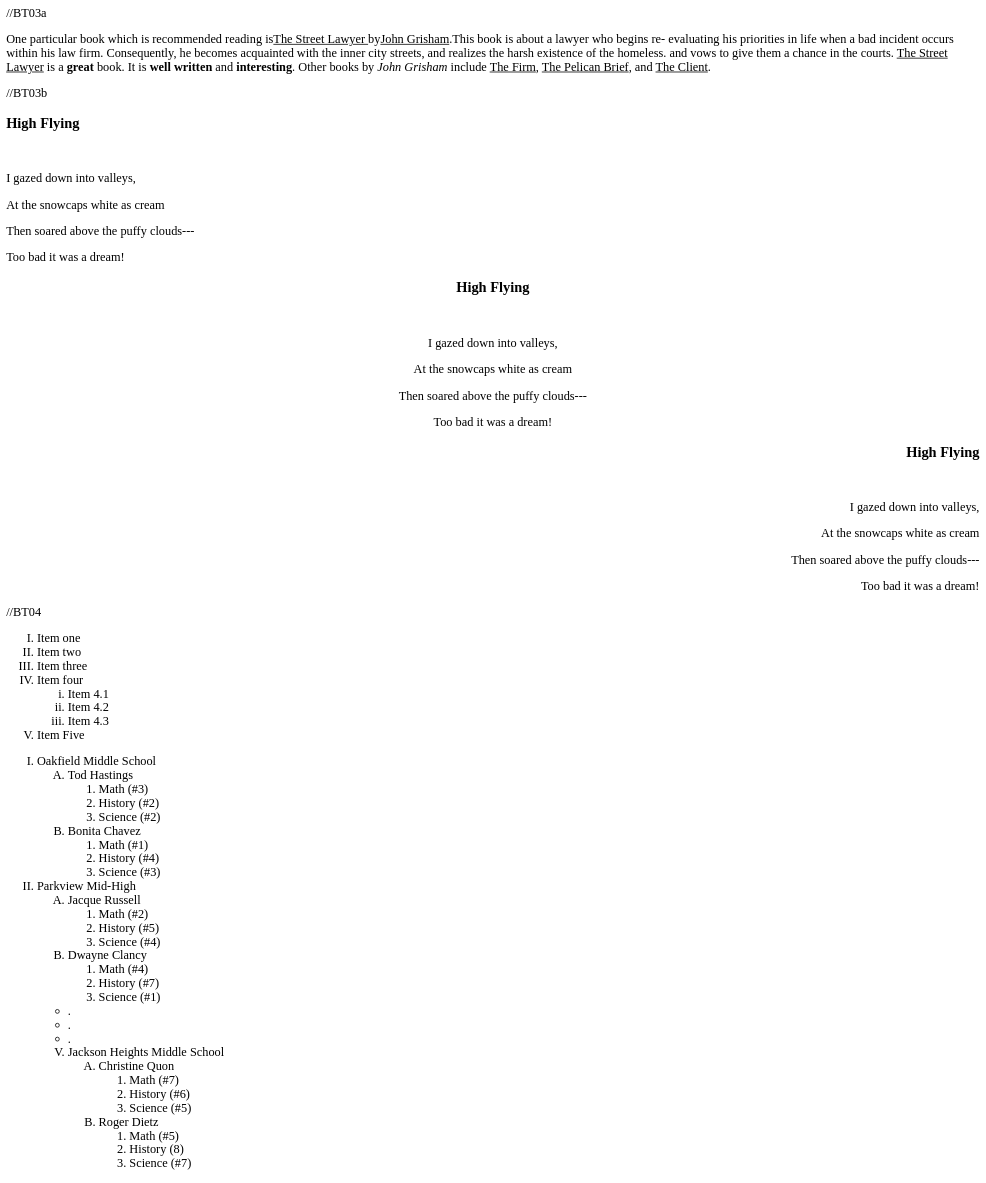
Repository: thu1365/TH_HTCNWEB
Page: HTML/Tuan01/BT.html
An editor plug-in stored every save of this project. The page is shown before and after the next save, followed by the edit.
The browser window is 1280 px wide. The pictures show the whole page, at 77% of full size.

Above is the page before, as saved 2023-02-20 22:37:01.

### HTML/Tuan01/BT.html
<!DOCTYPE html>
<html lang="en">
<head>
    <meta charset="UTF-8">
    <meta http-equiv="X-UA-Compatible" content="IE=edge">
    <meta name="viewport" content="width=device-width, initial-scale=1.0">
    <title>Document</title>
</head>

<body>
        //BT03a
        <p> One particular book which is recommended reading is<u>The Street Lawyer </u>by<u>John Grisham</u>.This book is about a lawyer who begins re- evaluating his priorities in life when a bad incident occurs within his law firm. Consequently, he becomes acquainted with the inner city streets, and realizes the harsh existence of the homeless. and vows to give them a chance in the courts. <u>The Street Lawyer</u> is a <b>great</b> book. It is <b>well written</b> and <b>interesting</b>. Other books by <i>John Grisham</i> include <u>The Firm</u>, <u>The Pelican Brief</u>, and <u>The
            Client</u>. </p>
        //BT03b
    <p>
        <h3> High Flying</h3>
        <img src="" alt=""/>
        <p>I gazed down into valleys,</p>
        <p>At the snowcaps white as cream</p>
        <p>Then soared above the puffy clouds---</p>
        <p>Too bad it was a dream!</p>
    </p>
    <center>
        <h3> High Flying</h3>
        <img src="" alt=""/>
        <p>I gazed down into valleys,</p>
        <p>At the snowcaps white as cream</p>
        <p>Then soared above the puffy clouds---</p>
        <p>Too bad it was a dream!</p>
    </center>
    <p>  <h3 align="right"> High Flying</h3>
        <img src="" alt=""/>
        <p align="right">I gazed down into valleys,</p>
        <p align="right">At the snowcaps white as cream</p>
        <p align="right">Then soared above the puffy clouds---</p>
        <p align="right">Too bad it was a dream!</p>
    </p>
    //BT04
    <ol type="I">
        <li>Item one</li>
        <li>Item two</li>
        <li>Item three</li>
        <li>Item four</li>
    <ol type="i">
        <li>Item 4.1</li>
        <li>Item 4.2</li>
        <li>Item 4.3</li>
    </ol>
        <li>Item Five</li>
    </ol>

    <ol type="I">
        <li> Oakfield Middle School</li>
            <ol type="A">
                <li>Tod Hastings</li>
                    <ol type="1">
                        <li>Math (#3)</li>
                        <li>History (#2)</li>
                        <li>Science (#2)</li>
        </ol>
                <li>Bonita Chavez</li>
                    <ol type="1">
                        <li>Math (#1)</li>
                        <li>History (#4)</li>
                        <li>Science (#3)</li>
        </ol>
        </ol>
        <li>Parkview Mid-High</li>
            <ol type="A">
                <li>Jacque Russell</li>
                    <ol type="1">
                        <li>Math (#2)</li>
                        <li>History (#5)</li>
                        <li>Science (#4)</li>
                    </ol>
                <li>Dwayne Clancy</li>
                    <ol type ="1">
                        <li>Math (#4)</li>
                        <li>History (#7)</li>
                        <li>Science (#1)</li>
                    </ol>
            </ol>
            <ul>
            <li>.</li>
            <li>.</li>
            <li>.</li>
            </ul>
<ol type="I" start="5">
        <li>Jackson Heights Middle School</li>
            <ol type="A">
                <li>Christine Quon</li>
                    <ol type="1">
                        <li>Math (#7)</li>
                        <li>History (#6)</li>
                        <li>Science (#5)</li>
                </ol>
                <li>Roger Dietz</li>
                    <ol type="1">
                        <li>Math (#5)</li>
                        <li>History (8)</li>
                        <li>Science (#7)</li>
                    </ol>
            </ol>
    </ol>
    </ol>
</body>
</html>

After the next save:
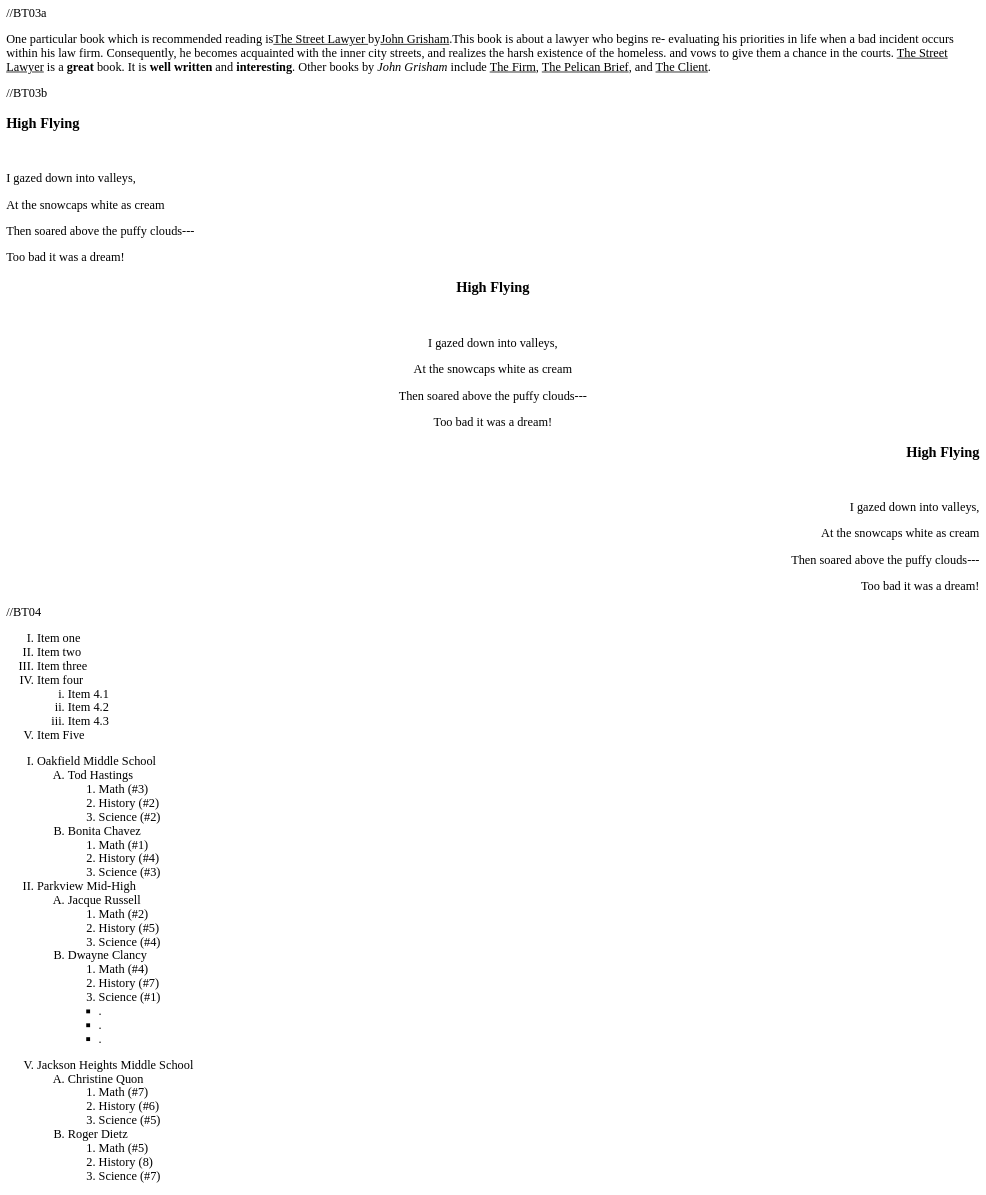
Saved 83 s later.
--- a/HTML/Tuan01/BT.html
+++ b/HTML/Tuan01/BT.html
@@ -79,12 +79,13 @@
                         <li>History (#7)</li>
                         <li>Science (#1)</li>
                     </ol>
-            </ol>
             <ul>
             <li>.</li>
             <li>.</li>
             <li>.</li>
             </ul>
+        </ol>
+    </ol>
 <ol type="I" start="5">
         <li>Jackson Heights Middle School</li>
             <ol type="A">
